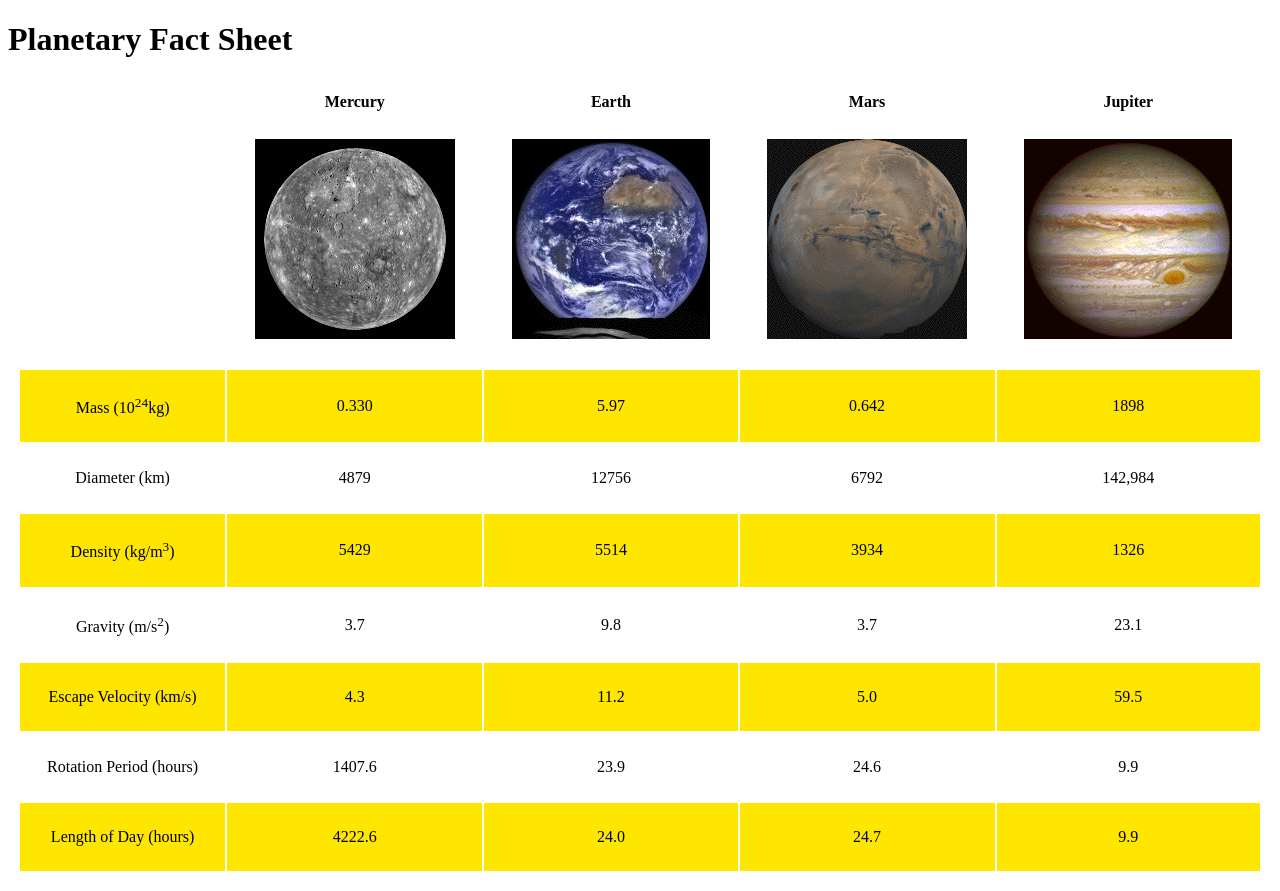
Repository: rishondass/ITMD361-Lab5
Page: index.html
The author's editor kept a copy of each file at every save. The page is drawn from the files as they stood at one save, then again after the next save.
The browser window is 1280 px wide. The pictures show the whole page.

Above is the page before, as saved 2023-02-22 19:23:48.

### index.html
<!DOCTYPE html>
<html lang="en">
<head>
  <meta charset="utf-8">
  <title>Planetary Fact Sheet</title>
  <link rel="stylesheet" href="css/style.css">
  <link rel="preconnect" href="https://fonts.googleapis.com">
  <link rel="preconnect" href="https://fonts.gstatic.com" crossorigin>
  <link href="https://fonts.googleapis.com/css2?family=Hind+Siliguri:wght@600&family=Work+Sans&display=swap" rel="stylesheet">
</head>
<body>
  <h1 id="pageTitle">Planetary Fact Sheet</h1>
  <table id="planets">
    <thead>
      <tr>
        <th></th>
        <th>Mercury</th>
        <th>Earth</th>
        <th>Mars</th>
        <th>Jupiter</th>
      </tr>
    </thead>
    <tbody>
      <tr>
        <td></td>
        <td><img src="images/mercury.gif" alt="image_of_Mercury"></td>
        <td><img src="images/earth.gif" alt="image_of_Earth"></td>
        <td><img src="images/mars.gif" alt="image_of_Mars"></td>
        <td><img src="images/jupiter.gif" alt="image_of_Jupiter"></td>
      </tr>
      <tr class="data">
        <td>Mass (10<sup>24</sup>kg)</td>
        <td>0.330</td>
        <td>5.97</td>
        <td>0.642</td>
        <td>1898</td>
      </tr>
      <tr class="data">
        <td>Diameter (km)</td>
        <td>4879</td>
        <td>12756</td>
        <td>6792</td>
        <td>142,984</td>
      </tr>
      <tr class="data">
        <td>Density (kg/m<sup>3</sup>)</td>
        <td>5429</td>
        <td>5514</td>
        <td>3934</td>
        <td>1326</td>
      </tr>
      <tr class="data">
        <td>Gravity (m/s<sup>2</sup>)</td>
        <td>3.7</td>
        <td>9.8</td>
        <td>3.7</td>
        <td>23.1</td>
      </tr>
      <tr class="data">
        <td>Escape Velocity (km/s)</td>
        <td>4.3</td>
        <td>11.2</td>
        <td>5.0</td>
        <td>59.5</td>
      </tr>
      <tr class="data">
        <td>Rotation Period (hours)</td>
        <td>1407.6</td>
        <td>23.9</td>
        <td>24.6</td>
        <td>9.9</td>
      </tr>
      <tr class="data">
        <td>Length of Day (hours)</td>
        <td>4222.6</td>
        <td>24.0</td>
        <td>24.7</td>
        <td>9.9</td>
      </tr>
    </tbody>
  </table>
</body>

### css/style.css

#pageTitle {

}

#planets {
	border: none;
  padding: 10px;
  /* background-color: aqua; */
  width: 100%;
  text-align: center;
  /* height: 80vh; */
}

#planets tr td{
  padding: 25px;
}

#planets tr:nth-child(even){
  background-color: rgb(255, 230, 0);
}

After the next save:
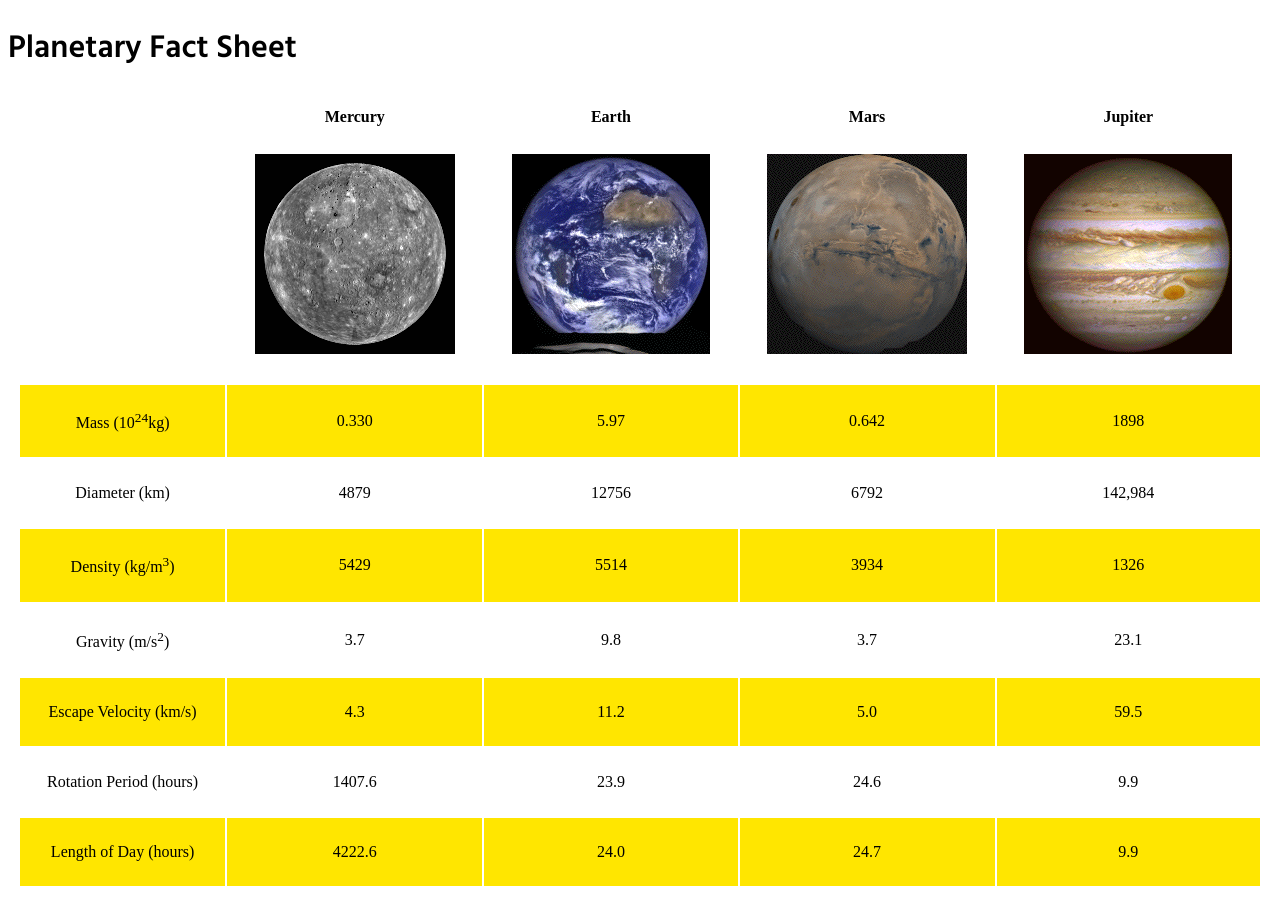
Saved 13 s later.
--- a/css/style.css
+++ b/css/style.css
@@ -1,6 +1,6 @@
 
 #pageTitle {
-
+  font-family: 'Hind Siliguri', sans-serif;
 }
 
 #planets {
